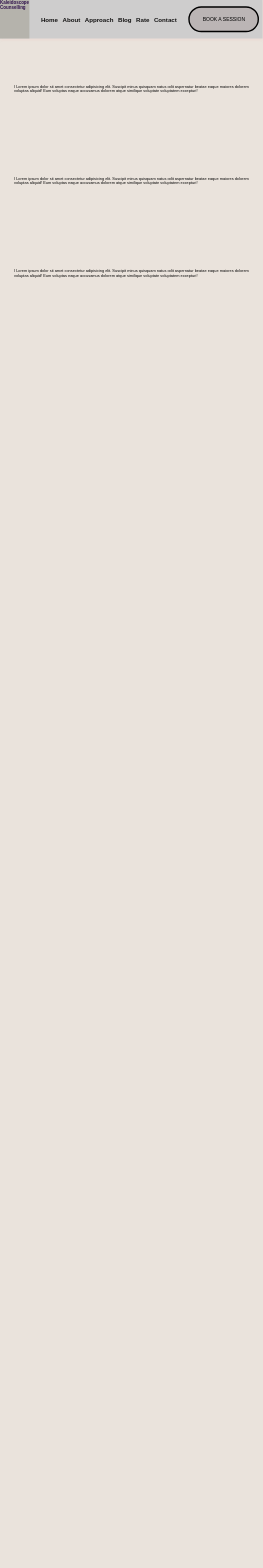
Repository: voutadi/ava-website
Page: index.html
An editor plug-in stored every save of this project. The page is shown before and after the next save, followed by the edit.
The browser window is 375 px wide. The pictures show the part of the page from y = 0 to 2240 px (the page is 3120 px tall), at 70% of full size.
The pointer rests on the first visible `button`.

Above is the page before, as saved 2024-07-03 17:44:36.

### index.html
<!DOCTYPE html>
<html lang="en">
  <head>
    <meta charset="UTF-8" />
    <meta name="viewport" content="width=device-width, initial-scale=1.0" />
    <link rel="stylesheet" href="styles/style.css" />

    <title>Kaleidoscope Counselling</title>
  </head>
  <body>
    <header>
      <div class="logo-container">
        <div class="logo">
          Kaleidoscope <br />
          Counselling
        </div>

      </div>
      <nav class="navbar">
        <ul>
          <li><a href="#home">Home</a></li>
          <li><a href="#about">About</a></li>
          <li><a href="#approach">Approach</a></li>
          <li><a href="#blog">Blog</a></li>
          <li><a href="#rate">Rate</a></li>
          <li><a href="#contact">Contact</a></li>
        </ul>
      </nav>
      <button>BOOK A SESSION</button>
    </header>

    <p>
      I Lorem ipsum dolor sit amet consectetur adipisicing elit. Suscipit minus
      quisquam natus odit aspernatur beatae eaque maiores dolorem voluptas
      aliquid! Eum voluptas eaque accusamus dolorem atque similique voluptate
      voluptatem excepturi!
    </p>
    <p>
      I Lorem ipsum dolor sit amet consectetur adipisicing elit. Suscipit minus
      quisquam natus odit aspernatur beatae eaque maiores dolorem voluptas
      aliquid! Eum voluptas eaque accusamus dolorem atque similique voluptate
      voluptatem excepturi!
    </p>
    <p>
      I Lorem ipsum dolor sit amet consectetur adipisicing elit. Suscipit minus
      quisquam natus odit aspernatur beatae eaque maiores dolorem voluptas
      aliquid! Eum voluptas eaque accusamus dolorem atque similique voluptate
      voluptatem excepturi!
    </p>
  </body>
</html>

### styles/style.css
* {
  margin: 0;
  padding: 0;
  box-sizing: border-box;
}
body {
  background-color: rgb(234, 227, 220);
  height: 3000px;
  font-family: Arial, Helvetica, sans-serif;
  font-size: 1rem;
}
header {
  max-width: 100%; /*Make sure Take all of her parent element(body)on all different devices .*/
  height: 55px;
  position: fixed;
  top: 0;
  left: 0;
  right: 0;
  background-color: rgb(206, 205, 205);
  display: flex;
  justify-content: space-between;
  align-items: center;

  box-shadow: 0 2px 4px rgba(243, 172, 172, 0.15); /* Adds a subtle shadow for depth, optional */
}
.logo-container {
  max-width: 55px; /* Put condition for smaller or biger divice*/
  background-color: rgb(181, 179, 172);
  height: 100%;
}
.logo {
  color: rgb(50, 21, 77);
  font-size: 0.4rem;
  font-weight: bold;
}

.navbar ul {
  display: flex;
  flex: 1;
  justify-content: center;
  list-style-type: none;
  flex-wrap: wrap;
}
.navbar li {
  margin: 1rem;
}
.navbar a {
  font-size: 1rem;
  color: rgb(23, 22, 22);
  font-weight: 700;

  text-decoration: none;
}
.navbar a:hover {
  background-color: rgb(184, 175, 175);
  padding: 5px 10px;
  border-radius: 16px;
  transition: 0.15s;
}

.navbar a:active {
  background-color: rgb(196, 194, 194);
  padding: 10px 10px;
  border-radius: 16px;
  transition: 0.15s;
}

button {
  background-color: rgb(235, 235, 235);

  font-size: 1rem;
  padding: 8px 12px;
  margin-right: 1.5rem;
  border-width: 2px;
  border-style: solid;
  border-radius: 20px;
  cursor: pointer;
}
button:hover {
  background-color: rgb(187, 181, 181);
  transition: 0.15s;
  padding: 12px 18px;
}
button:active {
  padding: 18px 24px;
}
p {
  margin-top: 120px;
  margin-left: 20px;
}
@media (max-width: 380px) {
  body {
    font-size: 0.35rem;
  } /* Smaller font size */
  button {
    font-size: 0.45rem;
    padding: 2px;
    margin-right: 0.3rem;

  }
  button:hover {



  }
  button:active {
    padding: 3px;
  }
  .navbar li {
    margin: 0.2rem;
  }
  .navbar a {
    font-size: 0.55rem;
  }
}

@media (min-width: 381px) and (max-width: 600px) {
  body {
    font-size: 0.5rem;
  } /* Smaller font size */
  button {
    font-size: 0.5rem;
    padding: 2px 4px;
    margin-right: 0.5rem;
    border-radius: 10px;
  }
  button:hover {
    font-size: 0.5rem;
    padding: 2px;
  }
  button:active {
    padding: 3px;
  }
  .navbar li {
    margin: 0.3rem;
  }
  .navbar a {
    font-size: 0.6rem;
  }
}
@media (min-width: 601px) and (max-width: 900px) {
  body {
    font-size: 0.75rem;
  } /* Smaller font size */
  button {
    font-size: 0.75rem;
    padding: 2px 4px;
    margin-right: 0.75rem;
    border-radius: 10px;
  }
  button:hover {
    font-size: 0.75rem;
    padding: 2px;
  }
  button:active {
    padding: 3px;
  }
  .navbar li {
    margin: 0.5rem;
  }
  .navbar a {
    font-size: 0.8rem;
  }
}

After the next save:
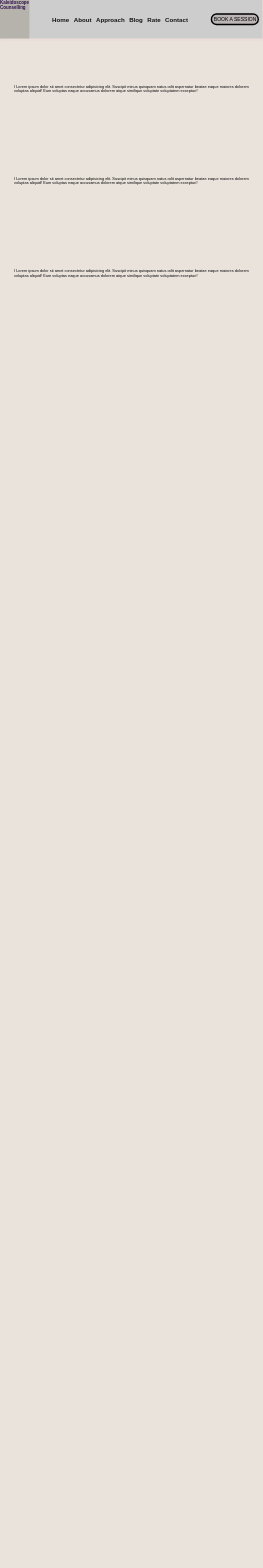
Saved 4 s later.
--- a/styles/style.css
+++ b/styles/style.css
@@ -99,7 +99,8 @@
 
   }
   button:hover {
-
+    font-size: 0.45rem;
+    padding: 2px;
 
 
   }
